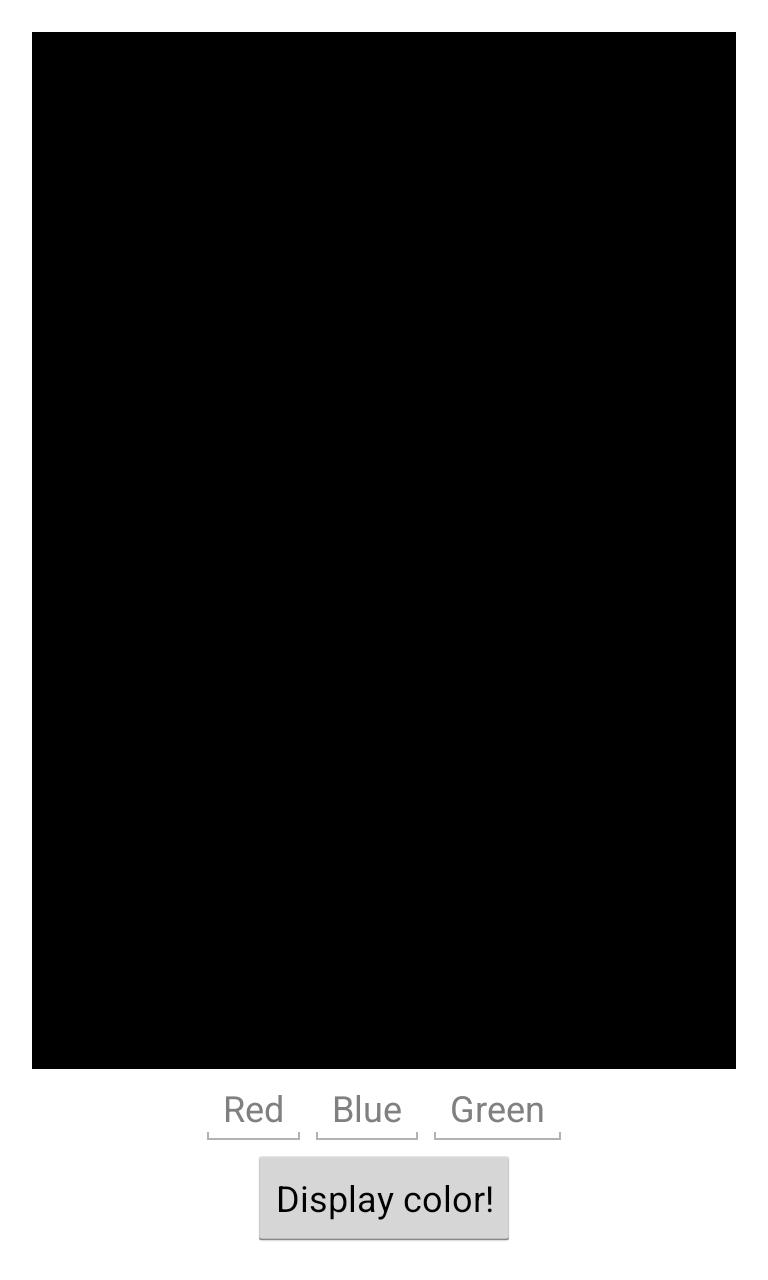
Repository: me222rs/AndroidLab1
Layout: ColorDisplay/res/layout/activity_color_display.xml
The author's editor kept a copy of each file at every save. The layout is drawn from the files as they stood at one save, then again after the next save.
It is drawn on a 768 x 1280 px phone screen (xhdpi) without system bars, with theme AppTheme; the app's code is not run.

Above is the layout before, as saved 2014-11-18 11:13:19.

### ColorDisplay/res/layout/activity_color_display.xml
<LinearLayout xmlns:android="http://schemas.android.com/apk/res/android"
    android:orientation="vertical"
    xmlns:tools="http://schemas.android.com/tools"
    android:layout_width="match_parent"
    android:layout_height="match_parent"
    android:paddingBottom="@dimen/activity_vertical_margin"
    android:paddingLeft="@dimen/activity_horizontal_margin"
    android:paddingRight="@dimen/activity_horizontal_margin"
    android:paddingTop="@dimen/activity_vertical_margin"
    tools:context="com.example.colordisplay.ColorDisplay" >



        <TextView android:id="@+id/background"
        android:layout_weight="1"
        android:layout_width="match_parent"
        android:layout_height="0dp"
		android:background="#000"
        android:gravity="center"/>

    	<LinearLayout
            android:gravity="center_horizontal"
			android:orientation="horizontal"
			android:layout_width="match_parent"
			android:layout_height="wrap_content" >

        <EditText android:id="@+id/red"
        android:inputType="number"
		android:layout_width="wrap_content"
		android:layout_height="wrap_content"
		android:hint="Red"
		/>



        <EditText android:id="@+id/blue"
        android:inputType="number"
		android:layout_width = "wrap_content"
		android:layout_height="wrap_content"
		android:hint="Blue"/>

        <EditText android:id="@+id/green"
        android:inputType="number"
		android:layout_width = "wrap_content"
		android:layout_height="wrap_content"
		android:hint="Green"/>
</LinearLayout>

        <Button android:id="@+id/displayColor"
    	android:layout_height="50dp"
    	android:layout_width="wrap_content"
        android:layout_gravity="center"
       	android:text="Display color!" />


</LinearLayout>

Loaded but not shown: ColorDisplay/res/values/styles.xml (common file); ColorDisplay/res/values-v11/styles.xml (common file); ColorDisplay/res/values-v14/styles.xml (common file); ColorDisplay/res/values/dimens.xml (common file); ColorDisplay/res/values-w820dp/dimens.xml (common file)

After the next save:
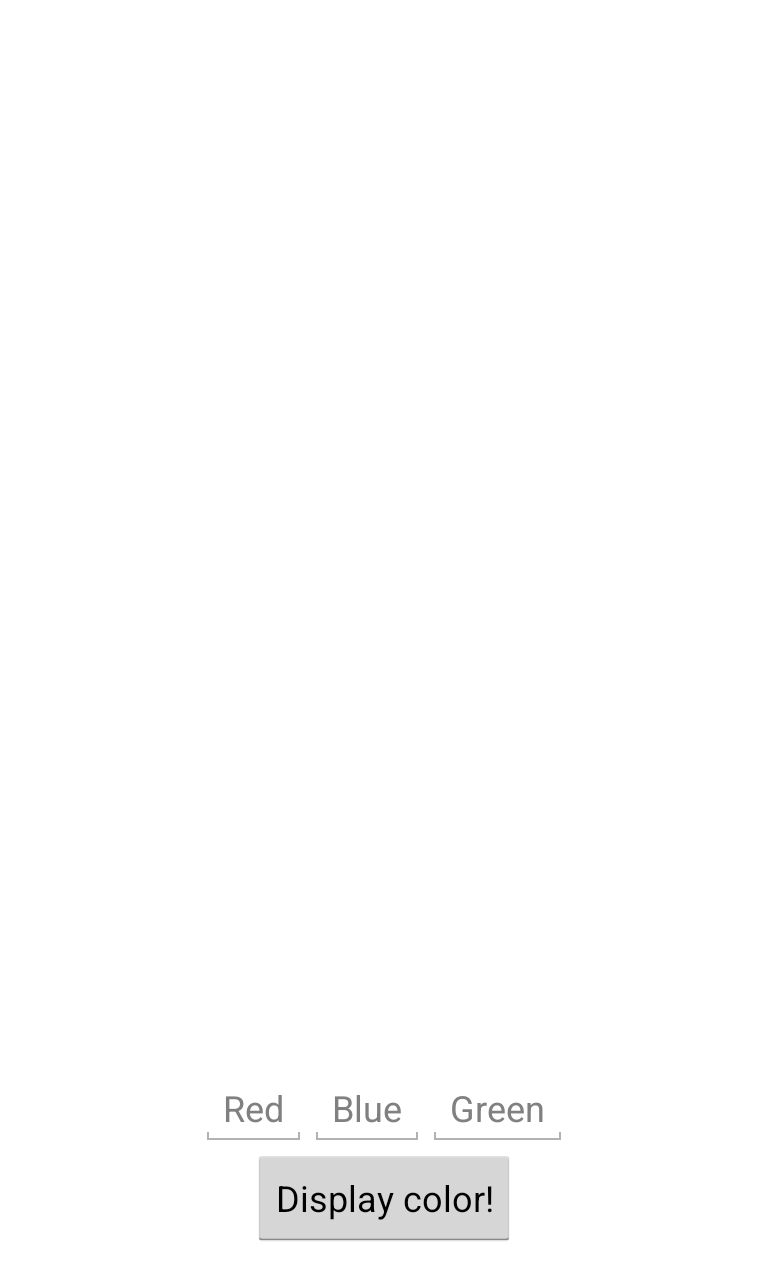
Saved 31 s later.
--- a/ColorDisplay/res/layout/activity_color_display.xml
+++ b/ColorDisplay/res/layout/activity_color_display.xml
@@ -15,7 +15,7 @@
         android:layout_weight="1"
         android:layout_width="match_parent"
         android:layout_height="0dp"
-		android:background="#000"
+		android:background=""
         android:gravity="center"/>
 
     	<LinearLayout
